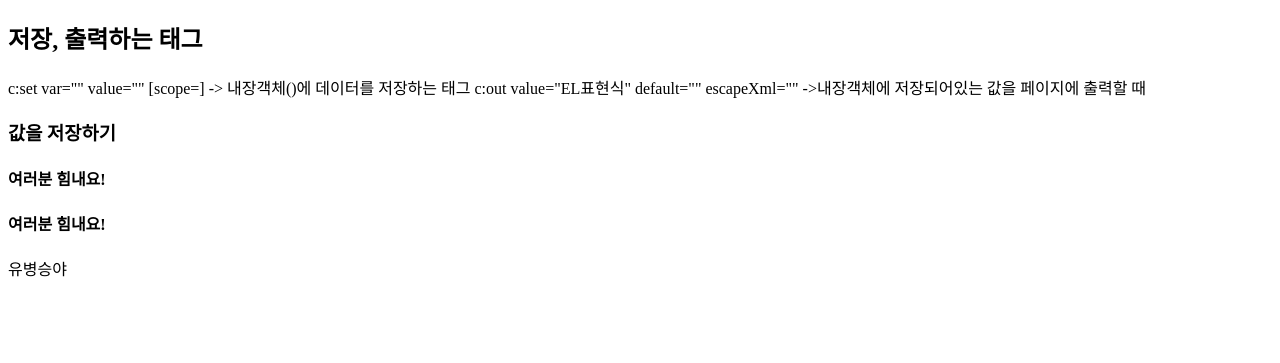
Repository: simjiho/week
Page: http://localhost/el_jstl/views/jstl/02_controltag.jsp
These files come from the project's save history. The page is drawn as it stood at one moment and after the next save; the edit follows.
The browser window is 1280 px wide. The pictures show the whole page.
The page is served by Tomcat 9. Other server files are loaded and not shown.

Above is the page before, as saved 2024-04-20 06:17:09.

### workspace/el_jstl/src/main/webapp/views/jstl/02_controltag.jsp
<%@ page language="java" contentType="text/html; charset=UTF-8"
    pageEncoding="UTF-8"%>
<%@ taglib prefix="c" uri="http://java.sun.com/jsp/jstl/core" %>
<!DOCTYPE html>
<html>
<head>
<meta charset="UTF-8">
<title>코어태그 사용하기</title>
</head>
<body>
	<h2>저장, 출력하는 태그</h2>
	<p>
		c:set var="" value="" [scope=] -> 내장객체()에 데이터를 저장하는 태그
		c:out value="EL표현식" default="" escapeXml="" ->내장객체에 저장되어있는 값을 페이지에 출력할 때 <br>
	</p>
	<h3>값을 저장하기</h3>
	<c:set var="comment" value="여러분 힘내요!"/>
	<h4><c:out value="${comment}"/></h4>
	<h4>${comment}</h4>
	<c:set var="test" value="<script>alert('짠!');</script>"/>
	<p><c:out value="${test }" escapeXml="false"/></p>
	<c:set var="bs" value="유병승"/>
	<p><c:out value="${bs }" default="bs없어!"/>야</p>
</body>
</html>

After the next save:
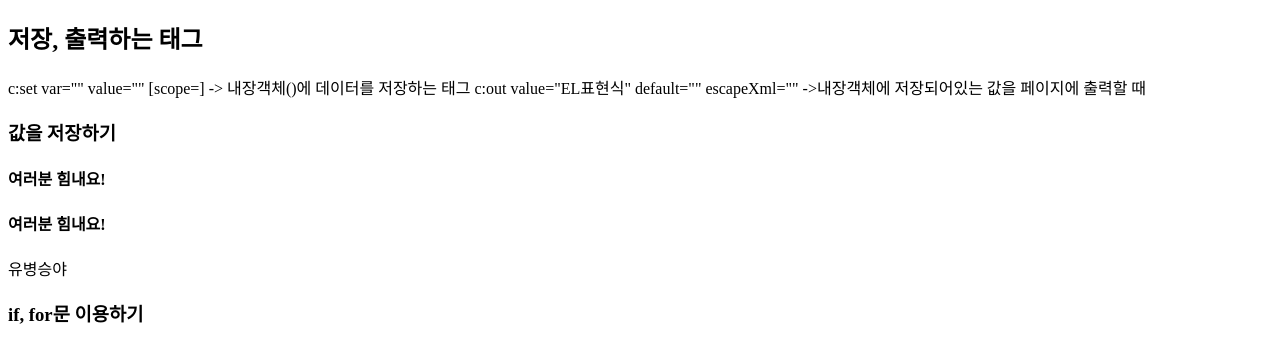
Saved 42 s later.
--- a/workspace/el_jstl/src/main/webapp/views/jstl/02_controltag.jsp
+++ b/workspace/el_jstl/src/main/webapp/views/jstl/02_controltag.jsp
@@ -21,5 +21,8 @@
 	<p><c:out value="${test }" escapeXml="false"/></p>
 	<c:set var="bs" value="유병승"/>
 	<p><c:out value="${bs }" default="bs없어!"/>야</p>
+
+
+	<h3>if, for문 이용하기</h3>
 </body>
 </html>
